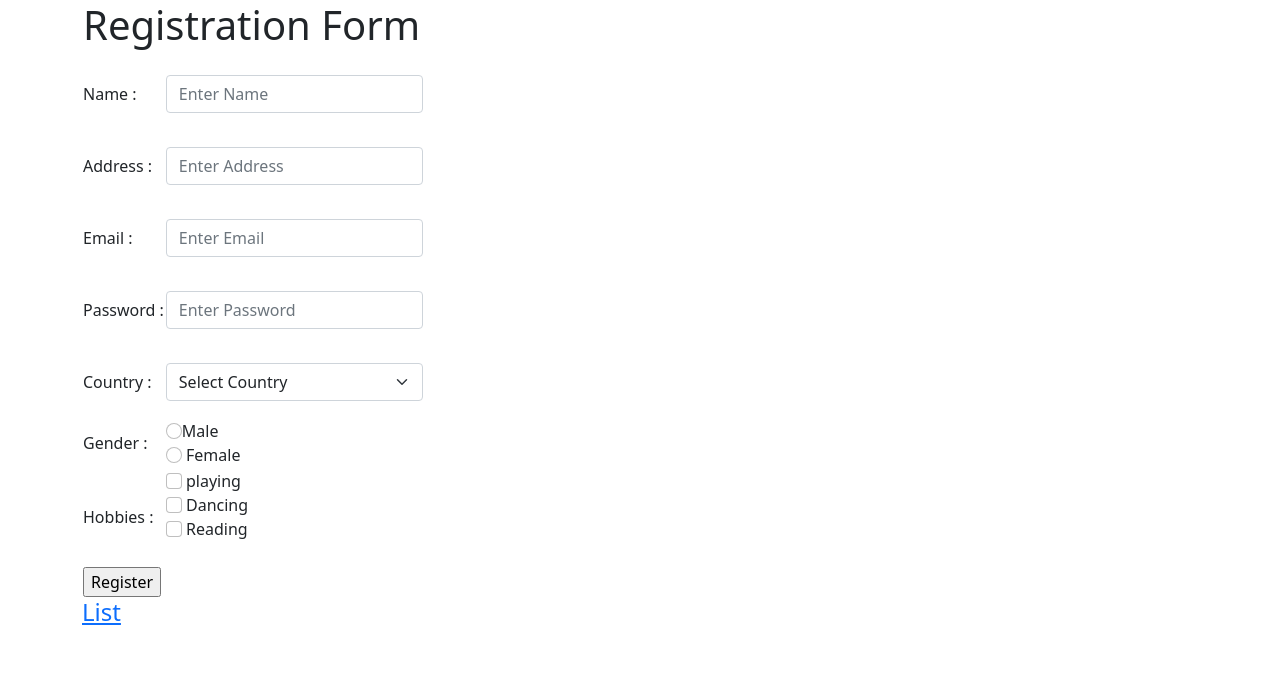
Repository: testuser85495/Java-Practical
Page: http://localhost/First_demo/
The author's editor kept a copy of each file at every save. The page is drawn from the files as they stood at one save, then again after the next save.
The browser window is 1280 px wide. The pictures show the whole page.
The page is served by Tomcat 9. Other server files are loaded and not shown.

Above is the page before, as saved 2024-07-23 13:34:02.

### First_demo/src/main/webapp/index.jsp
<%@ page language="java" contentType="text/html; charset=UTF-8"
	pageEncoding="UTF-8"%>
<!DOCTYPE html>
<html>
<head>
    <!-- Required meta tags -->
    <meta charset="utf-8">
    <meta name="viewport" content="width=device-width, initial-scale=1">

    <!-- Bootstrap CSS -->
    <link href="https://cdn.jsdelivr.net/npm/bootstrap@5.0.2/dist/css/bootstrap.min.css" rel="stylesheet" integrity="sha384-EVSTQN3/azprG1Anm3QDgpJLIm9Nao0Yz1ztcQTwFspd3yD65VohhpuuCOmLASjC" crossorigin="anonymous">

    <title>Edit</title>
  </head>


<body>
	<div class="container">
		<%-- <h3 class="scriptlet">
			<%
			String msg = (String) request.getAttribute("msg");
			if (msg != null) {
				out.print(msg);
			}
			%>
		</h3> --%>

		<form action="UserController" method="post">
			<table cellspacing="15" class="tbl_reg">
				<tr>
					<td colspan="2">
						<h1>Registration Form</h1>
					</td>
				</tr>
				<tr>
					<td><label>Name : </label></td>
					<td><input type="text" name="name" placeholder="Enter Name" class="form-control my-3"
						required="required"></td>
				</tr>

				<tr>
					<td><label>Address : </label></td>
					<td><input type="text" name="address"
						placeholder="Enter Address" required="required" class="form-control my-3"></td>
				</tr>


				<tr>
					<td><label>Email : </label></td>
					<td><input type="email" name="email" placeholder="Enter Email"
						required="required" class="form-control my-3"></td>
				</tr>
				<tr>
					<td><label>Password : </label></td>
					<td><input type="password" name="password"
						placeholder="Enter Password" required="required" class="form-control my-3"></td>
				</tr>

				<tr>
					<td><label>Country : </label></td>
					<td><select name="country" id="Country" class="form-select my-3">
					        <option selected>Select Country</option>
							<option value="India">India</option>
							<option value="USA">USA</option>
							<option value="Canada">Canada</option>
							<option value="UK">UK</option>
					</select></td>
				</tr>

				<tr>
					<td ><label>Gender : </label></td>
					<td ><input type="radio" name="gender" value="male" class="form-check-input">Male<br>

						<input type="radio" name="gender" value="female" class="form-check-input">
						Female<br></td>
				</tr>


				<tr>
					<td><label>Hobbies : </label></td>


					<td><input type="checkbox" name="hobbie" value="playing" class="form-check-input">
					<label for="Hobbies"> playing</label>
					<br>
					<input type="checkbox" name="hobbie" value="Dancing" class="form-check-input">
					<label for="Hobbies"> Dancing</label>
					<br>
					<input type="checkbox" name="hobbie" value="Reading" class="form-check-input">
					<label for="Hobbies"> Reading</label>
					<br>
					<br></td>


				</tr>

				<tr>
					<td colspan="2"><input type="Submit" name="action"
						value="Register" class="reg_submit" id="reg_submit" /></td>
				</tr>
			</table>
			<h4><a href="home.jsp">List</a></h4>
		</form>
	</div>
</body>
</html>

After the next save:
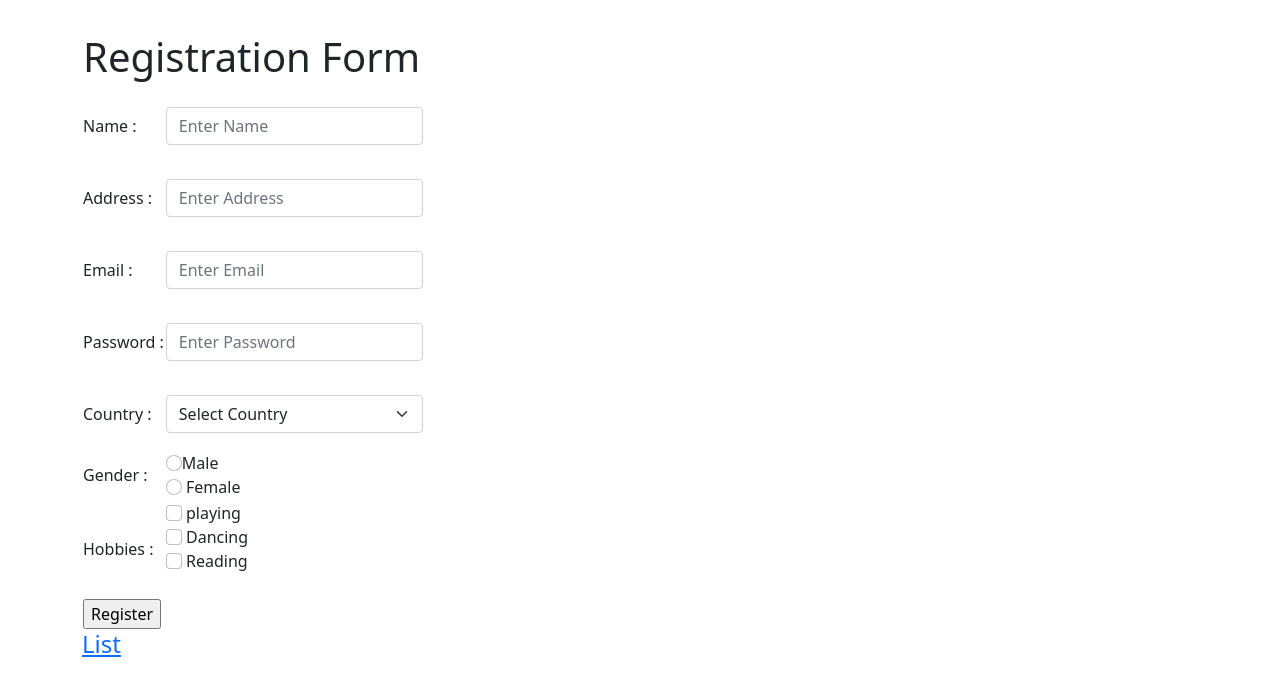
Saved 47 s later.
--- a/First_demo/src/main/webapp/index.jsp
+++ b/First_demo/src/main/webapp/index.jsp
@@ -66,7 +66,7 @@
 							<option value="UK">UK</option>
 					</select></td>
 				</tr>
-
+<div class="form-check form-check-inline">
 				<tr>
 					<td ><label>Gender : </label></td>
 					<td ><input type="radio" name="gender" value="male" class="form-check-input">Male<br>
@@ -74,6 +74,7 @@
 						<input type="radio" name="gender" value="female" class="form-check-input">
 						Female<br></td>
 				</tr>
+				</div>
 
 
 				<tr>

After the save that followed:
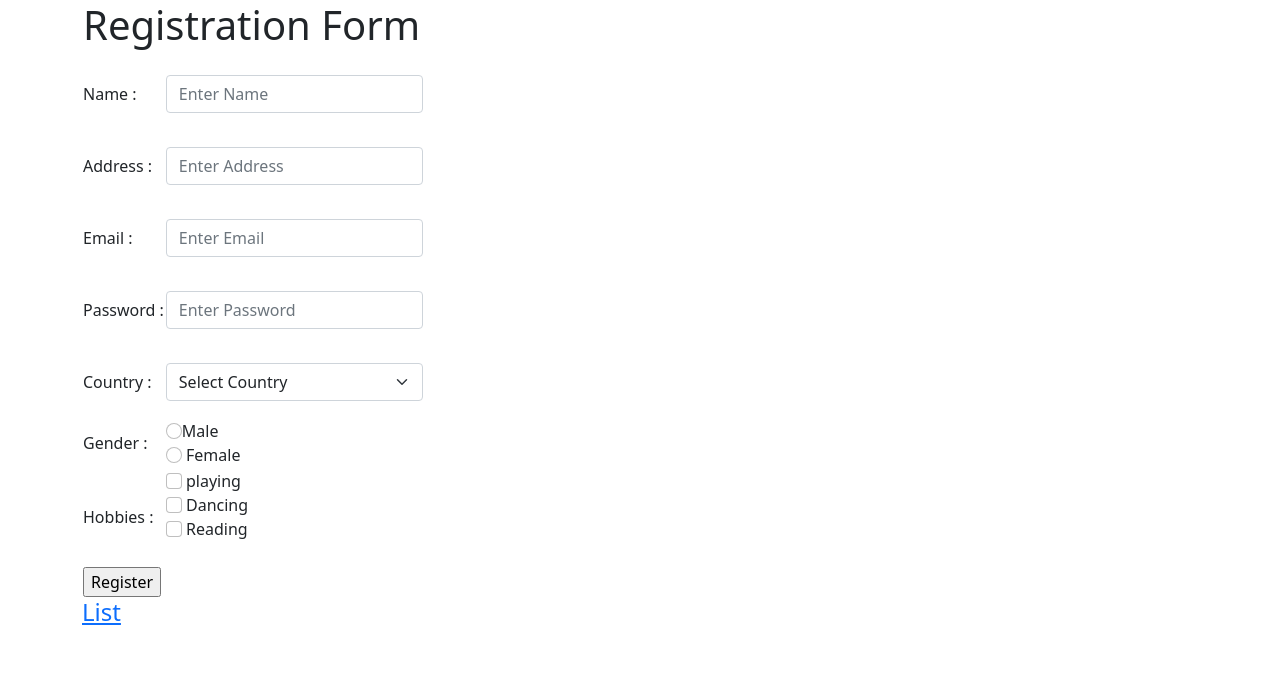
Saved 8 s later.
--- a/First_demo/src/main/webapp/index.jsp
+++ b/First_demo/src/main/webapp/index.jsp
@@ -66,15 +66,14 @@
 							<option value="UK">UK</option>
 					</select></td>
 				</tr>
-<div class="form-check form-check-inline">
+
 				<tr>
-					<td ><label>Gender : </label></td>
+					<td><label>Gender : </label></td>
 					<td ><input type="radio" name="gender" value="male" class="form-check-input">Male<br>
 
 						<input type="radio" name="gender" value="female" class="form-check-input">
 						Female<br></td>
 				</tr>
-				</div>
 
 
 				<tr>
